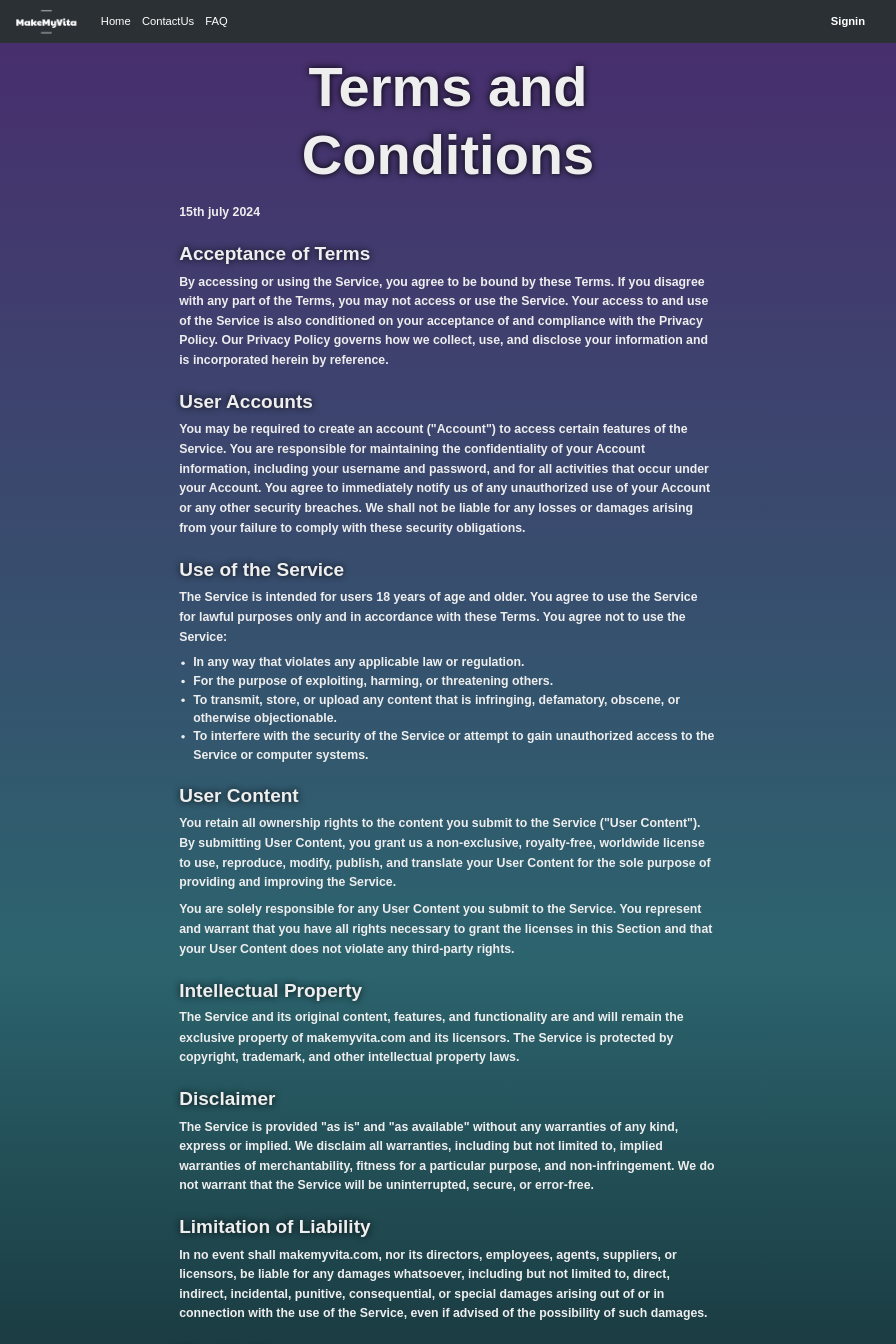
Repository: Tejaakshaykumar/MakeMyVita-Resume-Builder-Website
Page: /T&C (app in frontend/)
These files come from the project's save history. The page is drawn as it stood at one moment and after the next save; the edit follows.
The browser window is 1280 px wide. The pictures show the part of the page from y = 0 to 1920 px (the page is 2936 px tall), at 70% of full size.
Some web libraries are served in a nearby version. The project was rebuilt for these pictures with package versions that can differ from the ones it lists, and the page was loaded fresh each time. Also part of the build but not shown: frontend/src/App.css, frontend/src/containers/About.js, frontend/src/containers/Buildresume.js, frontend/src/containers/Images.js, frontend/src/containers/Features.js, frontend/src/containers/Review.js, frontend/src/containers/Trybox.js, frontend/src/containers/Motionbox.js and 5 more.

Above is the page before, as saved 2024-06-10 11:52:46.

After the next save:
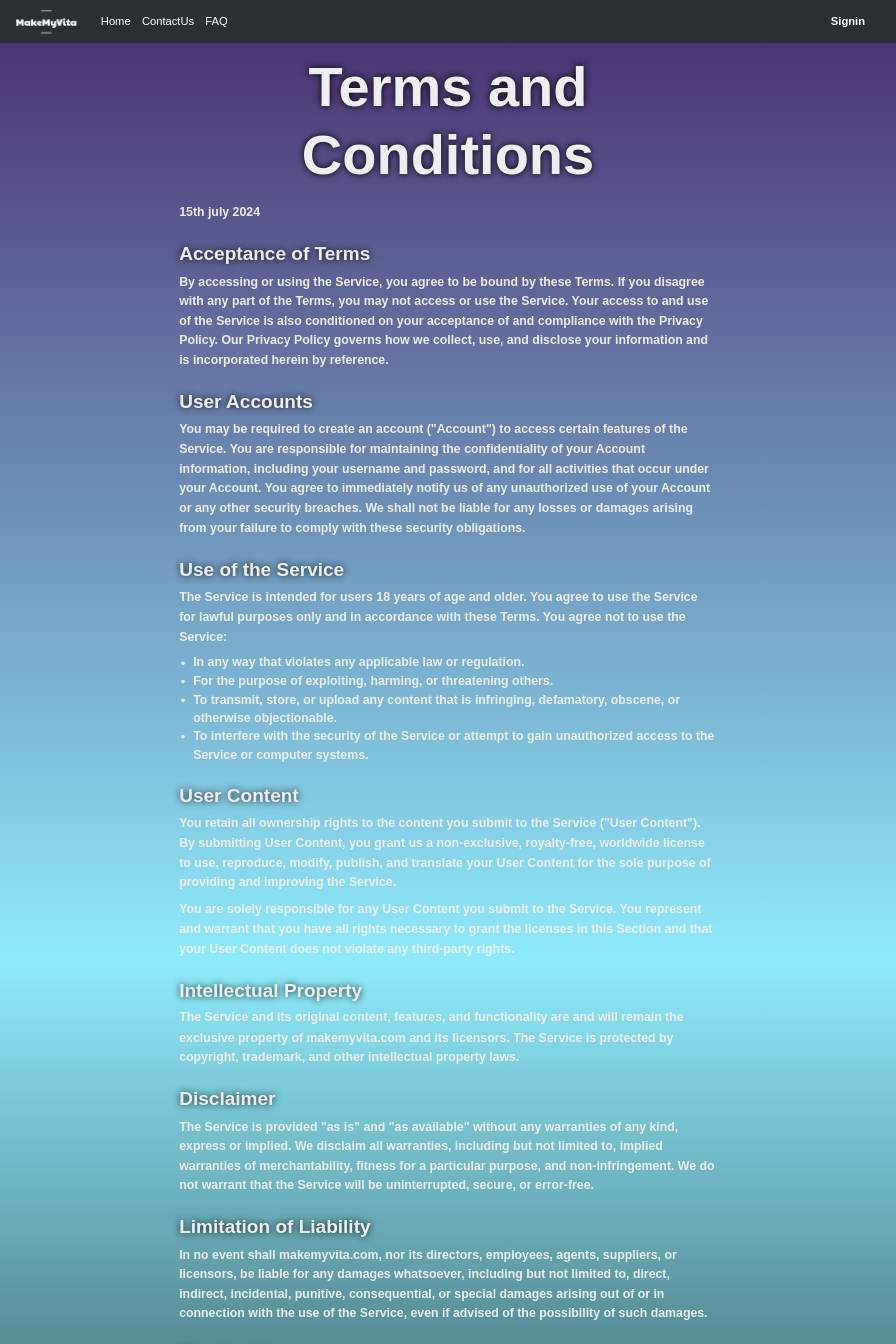
Saved 5 s later.
--- a/frontend/src/pages/pagestyles.css
+++ b/frontend/src/pages/pagestyles.css
@@ -5,7 +5,7 @@
     /* margin: 0 auto; */
     padding: 6% 20%;
     font-family: Arial, sans-serif;
-    background: linear-gradient(to top,rgb(0, 0, 0),rgb(44, 100, 110),rgb(73, 44, 110));
+    background: linear-gradient(to top,rgb(0, 0, 0),rgb(142, 234, 250),rgb(73, 44, 110));
     /* color: #333; */
     color:#eee;
     /* margin-top: 7%; */
